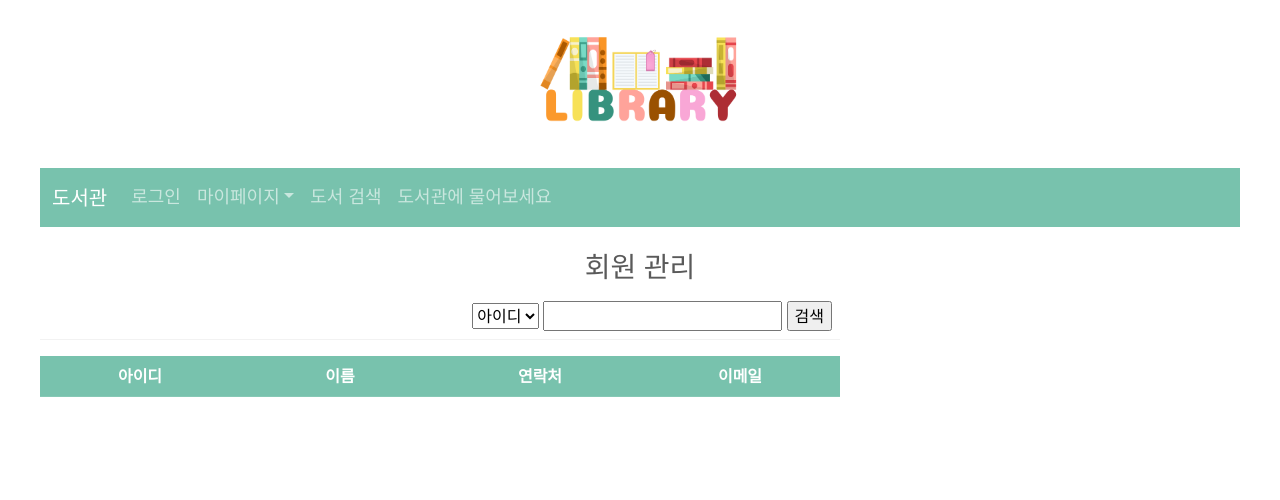
Repository: ahnbin00/Library
Page: http://localhost/BookRental/WEB-INF/book/manageMemberList.jsp
The author's editor kept a copy of each file at every save. The page is drawn from the files as they stood at one save, then again after the next save.
The browser window is 1280 px wide. The pictures show the whole page.
Some web fonts or font styles are not loaded; a fallback is used. Some web libraries are served in a nearby version. The page is served by Tomcat 9. Nobody is signed in. Other server files are loaded and not shown. The template is opened directly, without the code that normally fills it, so the values that code supplies are empty.

Above is the page before, as saved 2022-12-22 06:34:56.

### BookRental/src/main/webapp/WEB-INF/book/manageMemberList.jsp
<%@page import="java.util.List"%>
<%@ page language="java" contentType="text/html; charset=UTF-8"
	pageEncoding="UTF-8"%>
    <%@ taglib prefix="c" uri="http://java.sun.com/jsp/jstl/core" %>
<!DOCTYPE html>
<html>
<head>
<meta charset="UTF-8">
<link rel="stylesheet"
   href="resources/bootstrap.css">
   <link rel="stylesheet" href="https://cdn.jsdelivr.net/npm/bootstrap-icons@1.7.1/font/bootstrap-icons.css">
<title>대여 현황</title>
<style type="text/css">
@import url('https://fonts.googleapis.com/css2?family=Jua&display=swap');
th, td{
	width: 200px;
}
</style>
</head>
<body style="width:1200px; text-align:center; margin: 0 auto;" >
	   <header>
      <h1 style="text-align: center; padding-top: 30px; padding-bottom: 30px;"><img alt="로고" src="resources/logo.png" width="200px" height="100px"></h1>
   </header>
   <nav>
   <%@ include file="/WEB-INF/book/banner.jsp" %>
   </nav>
   <br>
	<h3>회원 관리</h3>

	<!-- 검색 시작 -->
	<form action="getMemberList.do">
		<table class="table" style="width:800px;">
			<tr>
				<td align="right">
					<select name="searchCondition">
						<option value="ID">아이디</option>
						<option value="NAME">이름</option>
					</select>
					<input type="text" name="searchKeyword">
					<input type="submit" value="검색">
				</td>
			</tr>
		</table>
	</form>

	<!-- 목록 출력 -->
	<table class="table table-hover" style="width:800px;">
		<tr class="table-primary">
			<th scope="row">아이디</th>
			<th scope="row">이름</th>
			<th scope="row">연락처</th>
			<th scope="row">이메일</th>
		</tr>
		<c:forEach var="memberList" items="${memberList }">
			<tr class="table-primary">
		      	<td><a href="getMemberInfo.do?id=${memberList.id }">${memberList.id }</a></td>
		      	<td>${memberList.name }</td>
		      	<td>${memberList.phone }</td>
		      	<td>${memberList.mail }</td>
	    	</tr>
	    </c:forEach>
	</table>
	<!-- 목록 끝 -->

	</div>
</body>
</html>

### BookRental/src/main/webapp/WEB-INF/book/banner.jsp
<%@ page language="java" contentType="text/html; charset=UTF-8"
   pageEncoding="UTF-8"%>
<%@ taglib prefix="c" uri="http://java.sun.com/jsp/jstl/core" %>
<!DOCTYPE html>
<html>
<head>
<meta charset="UTF-8">
<link rel="stylesheet"
   href="../resources/bootstrap.css">
   <script src="https://cdn.jsdelivr.net/npm/bootstrap@5.2.2/dist/js/bootstrap.bundle.min.js" integrity="sha384-OERcA2EqjJCMA+/3y+gxIOqMEjwtxJY7qPCqsdltbNJuaOe923+mo//f6V8Qbsw3" crossorigin="anonymous"></script>
<title>상단 메인 배너</title>
<style type="text/css">
@import url('https://fonts.googleapis.com/css2?family=Jua&display=swap');
body ul, a{
font-family: 'Jua', sans-serif;
}
</style>
</head>
<body style="width:1200px;">
<nav class="navbar navbar-expand-lg navbar-dark bg-primary">
  <div class="container-fluid">
    <a class="navbar-brand" href="index.do">도서관</a>
    <button class="navbar-toggler" type="button" data-bs-toggle="collapse" data-bs-target="#navbarColor01" aria-controls="navbarColor01" aria-expanded="false" aria-label="Toggle navigation">
      <span class="navbar-toggler-icon"></span>
    </button>
    <div class="collapse navbar-collapse" id="navbarColor01">
      <ul class="navbar-nav me-auto">
        <li class="nav-item">
        <c:choose>
         <c:when test="${empty id }">
            <a class="nav-link" href="login.do" style="font-size:18px">로그인
            <span class="visually-hidden">(current)</span>
             </a>
         </c:when>
         <c:otherwise>
             <a class="nav-link" href="logout.do" style="font-size:18px">로그아웃
             <span class="visually-hidden">(current)</span>
             </a>
         </c:otherwise>
         </c:choose>
         <c:if test="${id eq 'admin' }">
        	<li class="nav-item">
			<a class="nav-link" href="getMemberList.do">회원 관리</a>
			</li>
			<li class="nav-item">
			<a class="nav-link" href="getBookListManage.do">도서 관리</a>
			</li>
			<li class="nav-item">
			<a class="nav-link" href="getRentalList.do">대여 현황</a>
			</li>
			<li class="nav-item">
			<a class="nav-link" href="getQnaListManage.do">도서관에 물어보세요</a>
			</li>
         </c:if>
        </li>
        <c:if test="${id ne 'admin' }">
        <li class="nav-item dropdown">
          <a class="nav-link dropdown-toggle" data-bs-toggle="dropdown" role="button" aria-haspopup="true" aria-expanded="false" style="font-size:18px">마이페이지</a>
          <div class="dropdown-menu">
             <c:choose>
             <c:when test="${empty id }">
             <a class="dropdown-item" href="login.do" style="font-size:18px">회원정보수정</a>
            <a class="dropdown-item" href="login.do" style="font-size:18px">회원대출정보</a>
             </c:when>
             <c:otherwise>
             <a class="dropdown-item" href="getMember.do?id=${id}" style="font-size:18px">회원정보수정</a>
            <a class="dropdown-item" href="memberRental.do?id=${id}" style="font-size:18px">회원대출정보</a>
             </c:otherwise>
             </c:choose>
          </div>
        </li>
        <li class="nav-item">
          <a class="nav-link" href="getBookList.do" style="font-size:18px">도서 검색</a>
        </li>
        <li class="nav-item">
          <a class="nav-link" href="getQnaList.do" style="font-size:18px">도서관에 물어보세요</a>
        </li>
      </ul>
      </c:if>
<!--       <form class="d-flex"> -->
<!--         <input class="form-control me-sm-2" type="text" placeholder="Search"> -->
<!--         <button class="btn btn-secondary my-2 my-sm-0" type="submit">Search</button> -->
<!--       </form> -->
    </div>
  </div>
</nav>

</body>
</html>

### BookRental/src/main/webapp/WEB-INF/book/footer.jsp
<%@ page language="java" contentType="text/html; charset=UTF-8"
    pageEncoding="UTF-8"%>
<!DOCTYPE html>
<html>
<head>
<meta charset="UTF-8">
<title>Insert title here</title>
<style type="text/css">
footer{
margin-top: 20px;
padding: 10px;
width: 1200px;
background-color: #78c2ad;
text-align: left;
color: white;
}
</style>
</head>
<body>

   <footer>
		ⓒ2022.TheHumanLibrary. All Rights Reserved.
   </footer>

</body>
</html>

Loaded but not shown: BookRental/src/main/webapp/resources/bootstrap.css (library)

After the next save:
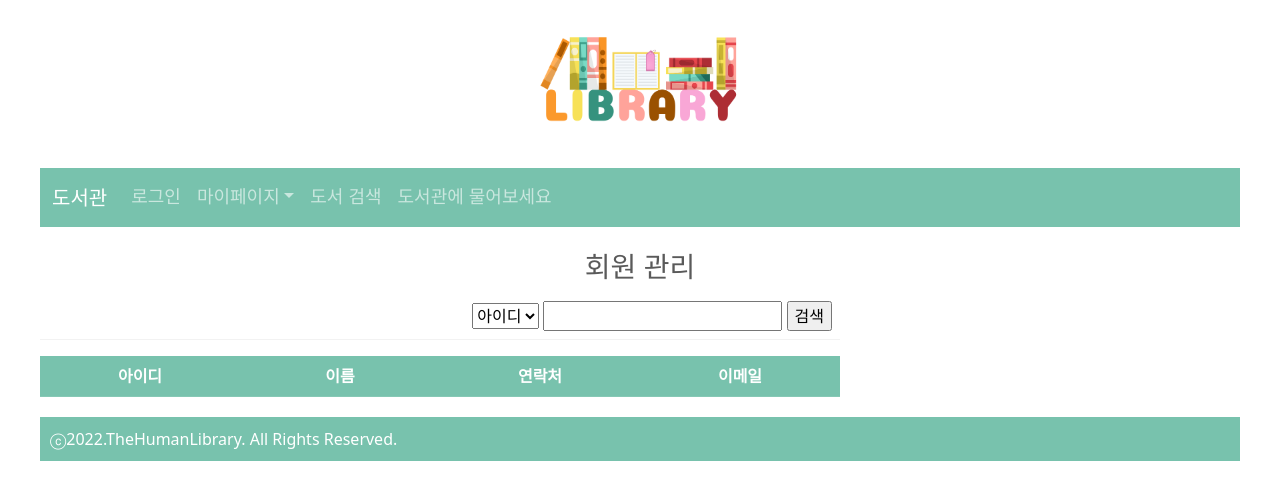
Saved 9 s later.
--- a/BookRental/src/main/webapp/WEB-INF/book/manageMemberList.jsp
+++ b/BookRental/src/main/webapp/WEB-INF/book/manageMemberList.jsp
@@ -61,7 +61,8 @@ th, td{
 	    </c:forEach>
 	</table>
 	<!-- 목록 끝 -->
+	</div>
 
-	</div>
+	<%@ include file="/WEB-INF/book/footer.jsp" %>
 </body>
 </html>
